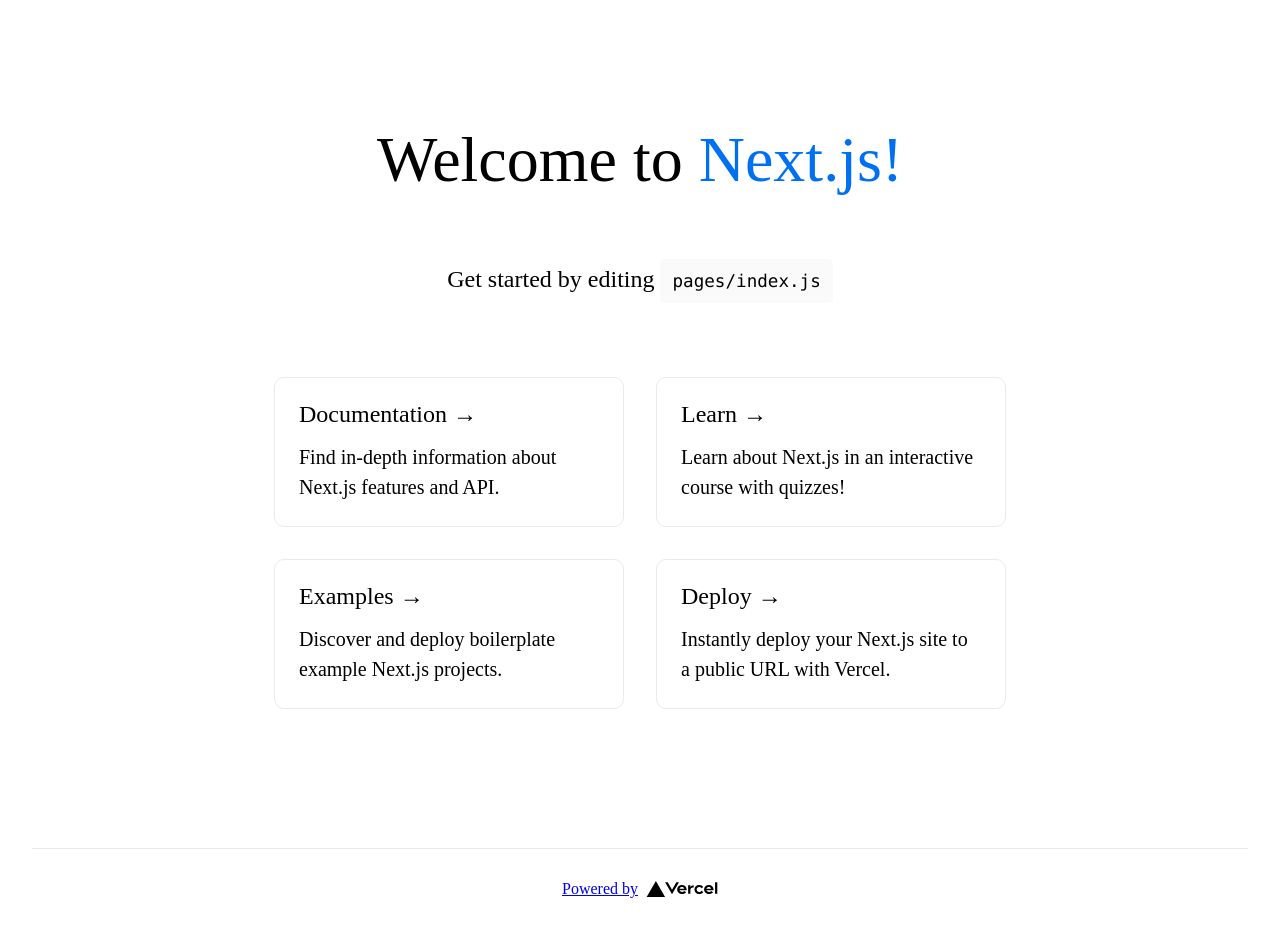
Repository: rayner-villalba-coderoad-com/spotify-clone
Page: /
An editor plug-in stored every save of this project. The page is shown before and after the next save, followed by the edit.
The browser window is 1280 px wide. The pictures show the whole page.
The project was rebuilt for these pictures with package versions that can differ from the ones it lists, and the page was loaded fresh each time. The framework's server and built-in components were replaced by stand-ins that run in the browser. Also part of the build but not shown: next.config.js.

Above is the page before, as saved 2022-01-03 17:09:12.

### pages/_app.tsx
import {ChakraProvider, extendTheme} from '@chakra-ui/react';
import 'reset-css';

const  MyApp = ({ Component, pageProps }) => {
  return <Component {...pageProps} />
}

export default MyApp

### pages/index.tsx
import Head from 'next/head'
import Image from 'next/image'
import styles from '../styles/Home.module.css'

const Home = () => {
  return (
    <div className={styles.container}>
      <Head>
        <title>Create Next App</title>
        <meta name="description" content="Generated by create next app" />
        <link rel="icon" href="/favicon.ico" />
      </Head>

      <main className={styles.main}>
        <h1 className={styles.title}>
          Welcome to <a href="https://nextjs.org">Next.js!</a>
        </h1>

        <p className={styles.description}>
          Get started by editing{' '}
          <code className={styles.code}>pages/index.js</code>
        </p>

        <div className={styles.grid}>
          <a href="https://nextjs.org/docs" className={styles.card}>
            <h2>Documentation &rarr;</h2>
            <p>Find in-depth information about Next.js features and API.</p>
          </a>

          <a href="https://nextjs.org/learn" className={styles.card}>
            <h2>Learn &rarr;</h2>
            <p>Learn about Next.js in an interactive course with quizzes!</p>
          </a>

          <a
            href="https://github.com/vercel/next.js/tree/master/examples"
            className={styles.card}
          >
            <h2>Examples &rarr;</h2>
            <p>Discover and deploy boilerplate example Next.js projects.</p>
          </a>

          <a
            href="https://vercel.com/new?utm_source=create-next-app&utm_medium=default-template&utm_campaign=create-next-app"
            className={styles.card}
          >
            <h2>Deploy &rarr;</h2>
            <p>
              Instantly deploy your Next.js site to a public URL with Vercel.
            </p>
          </a>
        </div>
      </main>

      <footer className={styles.footer}>
        <a
          href="https://vercel.com?utm_source=create-next-app&utm_medium=default-template&utm_campaign=create-next-app"
          target="_blank"
          rel="noopener noreferrer"
        >
          Powered by{' '}
          <span className={styles.logo}>
            <Image src="/vercel.svg" alt="Vercel Logo" width={72} height={16} />
          </span>
        </a>
      </footer>
    </div>
  )
};

export default Home;

Loaded but not shown: styles/Home.module.css (common file)

After the next save:
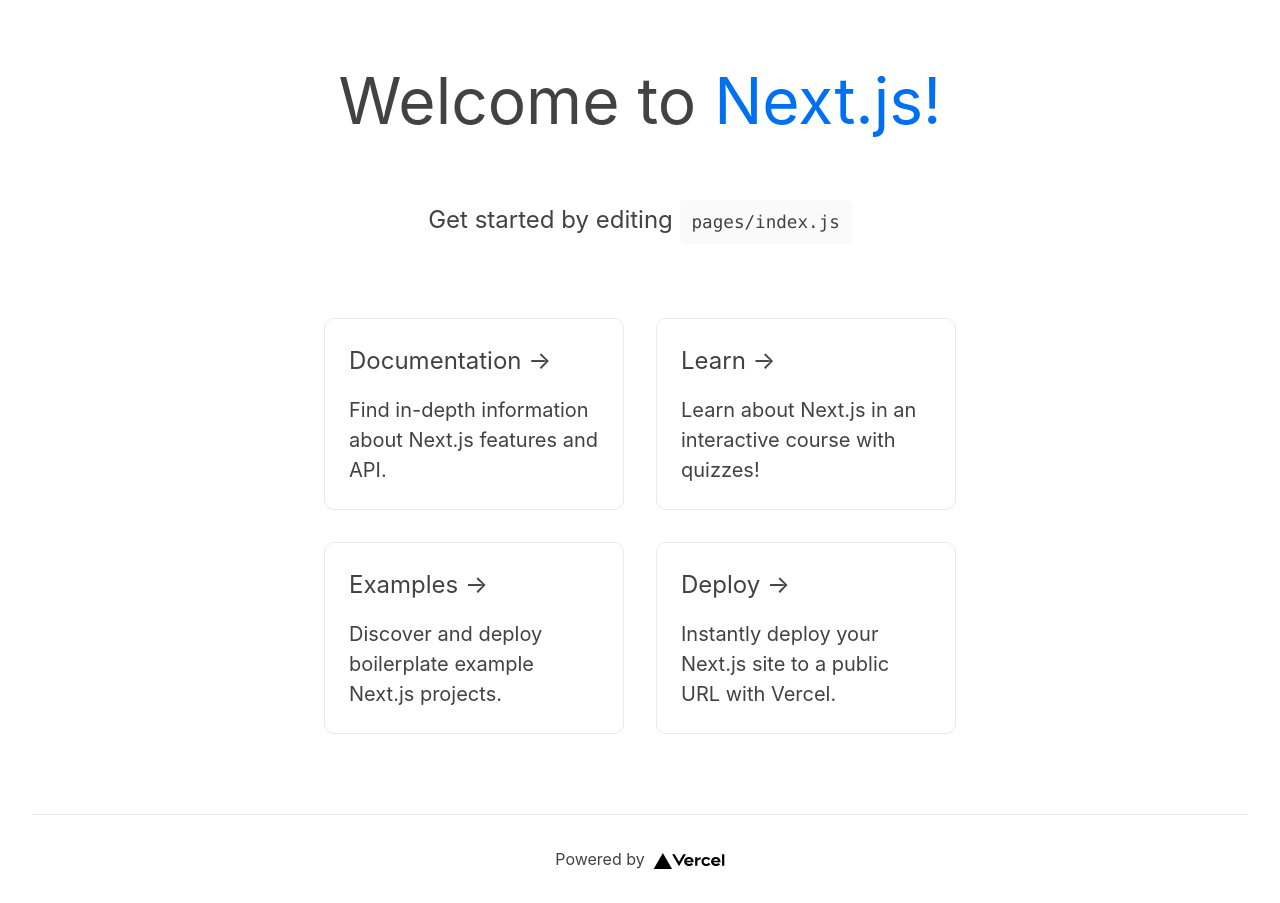
Saved 10 min 24 s later.
--- a/pages/_app.tsx
+++ b/pages/_app.tsx
@@ -1,8 +1,40 @@
 import {ChakraProvider, extendTheme} from '@chakra-ui/react';
 import 'reset-css';
 
+const theme = extendTheme({
+  colors: {
+    gray: {
+      100: '#f5f5f5',
+      200: '#eeeeee',
+      300: '#e0e0e0',
+      400: '#bdbdbd',
+      500: '#9e9e9e',
+      600: '#757575',
+      700: '#717171',
+      800: '#424242',
+      900: '#212121',
+    },
+  },
+  components: {
+    Button: {
+      variants: {
+        link: {
+          ':focus': {
+            outline: 'none',
+            boxShadow: 'none',
+          },
+        },
+      },
+    },
+  },
+});
+
 const  MyApp = ({ Component, pageProps }) => {
-  return <Component {...pageProps} />
+  return (
+    <ChakraProvider theme={theme}>
+      <Component {...pageProps} />
+    </ChakraProvider>
+  );
 }
 
 export default MyApp
